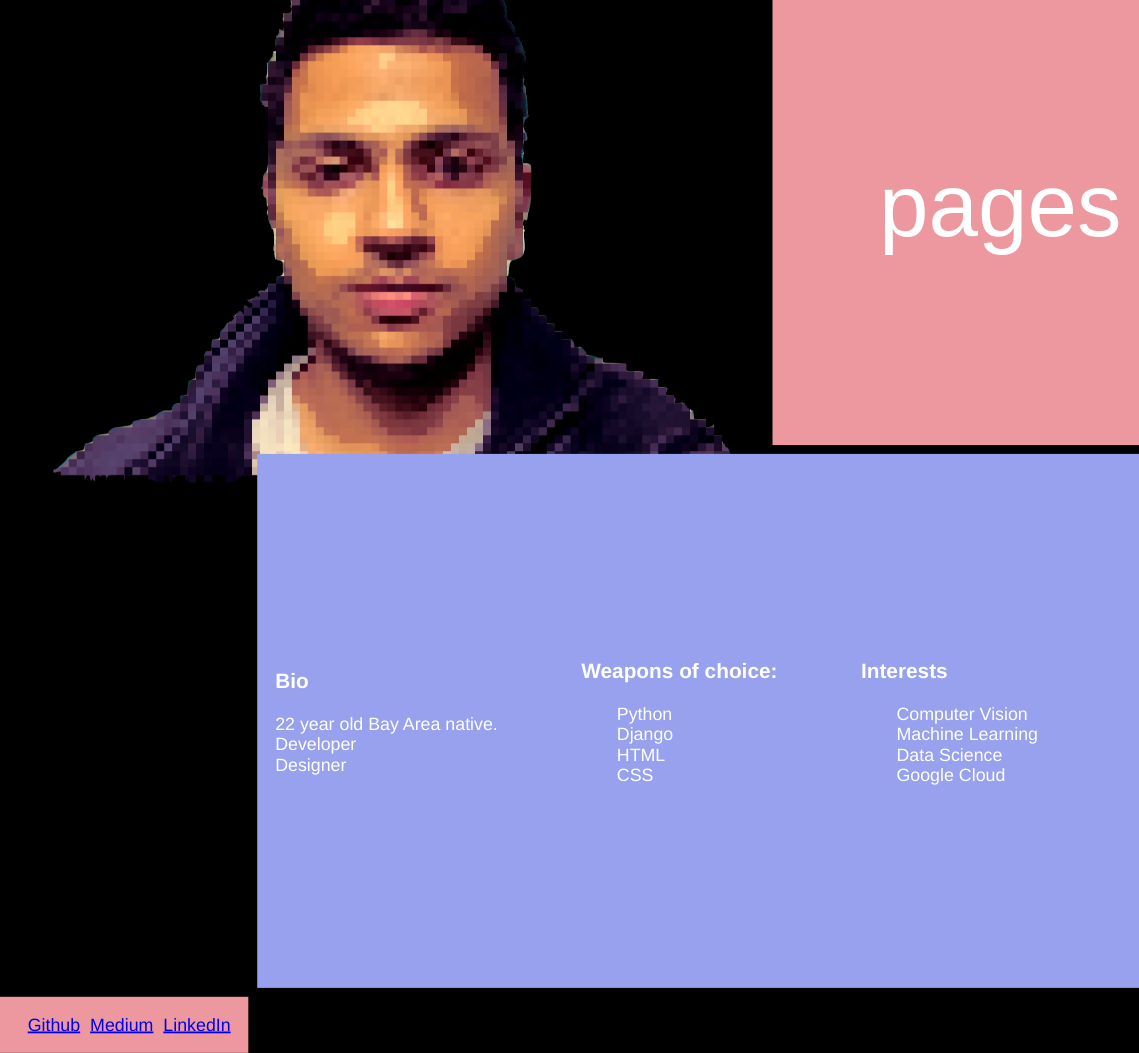
Repository: SamirIngley/html-semantic
Page: templates/about.html
An editor plug-in stored every save of this project. The page is shown before and after the next save, followed by the edit.
The browser window is 1280 px wide. The pictures show the whole page, at 89% of full size.

Above is the page before, as saved 2020-02-05 22:21:06.

After the next save:
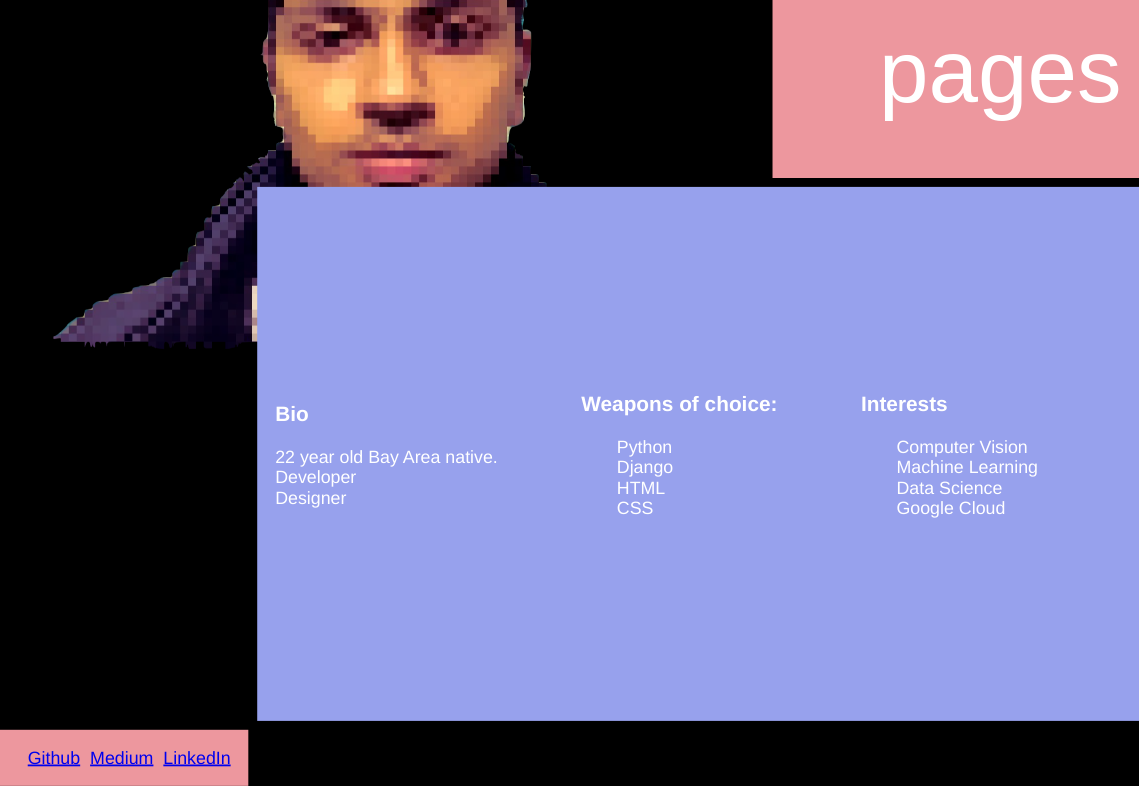
Saved 7 s later.
--- a/templates/style.css
+++ b/templates/style.css
@@ -16,7 +16,7 @@ body {
     display: grid;
     grid-gap: 10px;
     grid-template-columns: repeat(4, 1fr);
-    grid-template-rows: 500px 600px;
+    grid-template-rows: 200px 600px;
     /*
     The named areas below define where elements with
     those names are placed on the grid.
